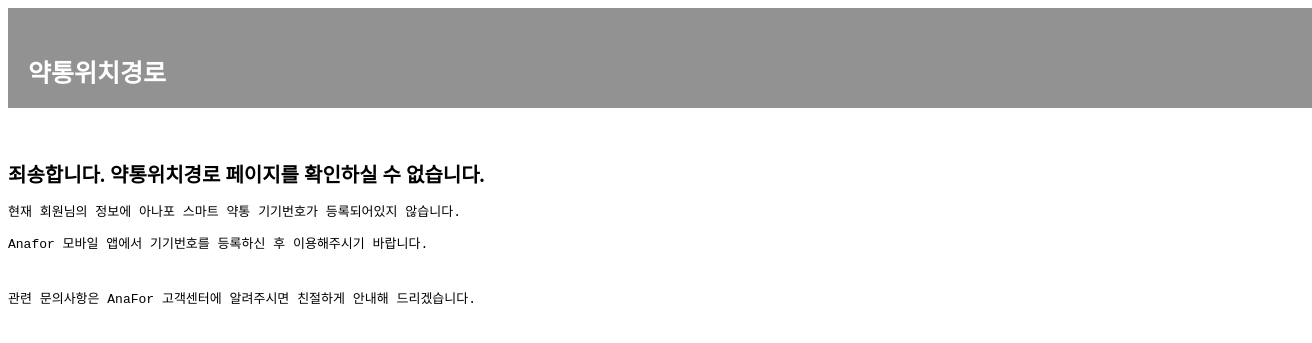
Repository: euzny/Spring-Website
Page: http://localhost/anafor/WEB-INF/views/my_info/notAccept.jsp
These files come from the project's save history. The page is drawn as it stood at one moment and after the next save; the edit follows.
The browser window is 1280 px wide. The page is 1312 px wide, so the pictures cover 1312 px, including what lies to the right of the window. The pictures show the whole page.
The page is served by Tomcat 9. Nobody is signed in. Other server files are loaded and not shown. The template is opened directly, without the code that normally fills it, so the values that code supplies are empty.

Above is the page before, as saved 2022-06-23 02:30:20.

### Workspace/anafor/src/main/webapp/WEB-INF/views/my_info/notAccept.jsp
<%@ page language="java" contentType="text/html; charset=UTF-8"
    pageEncoding="UTF-8"%>
<!DOCTYPE html>
<html>
<head>
<meta charset="UTF-8">
<title>Insert title here</title>
<style>
 	#header {
	   width:100%;
	   height:60px;
	   padding: 20px;
	   background-color:#929292;
	   border-bottom: 1px solid white;
	}
	#header h3{
	   font-size: 25px;
	   font-weight: bold;
	   text-align: left;
	   color: white;
	}

	#notice{
		width : 100%;
		margin: 50px auto;
		text-align:left;
	}
	#notice h3{
	   font-size: 20px;
	   font-weight:600;
	   margin-bottom:10px;
	}
	#notice pre{
		margin-bottom:5px;
	}
   	</style>
</head>
<body>
<div id="header">
  	<h3>약통위치경로</h3>
</div>
<div id="notice">
	<h3>죄송합니다. 약통위치경로 페이지를 확인하실 수 없습니다.</h3>
		<pre>현재 회원님의 정보에 아나포 스마트 약통 기기번호가 등록되어있지 않습니다.</pre>
		<pre>Anafor 모바일 앱에서 기기번호를 등록하신 후 이용해주시기 바랍니다.</pre>
		<br>
		<pre>관련 문의사항은 AnaFor 고객센터에 알려주시면 친절하게 안내해 드리겠습니다.</pre>
</div>
</body>
</html>

After the next save:
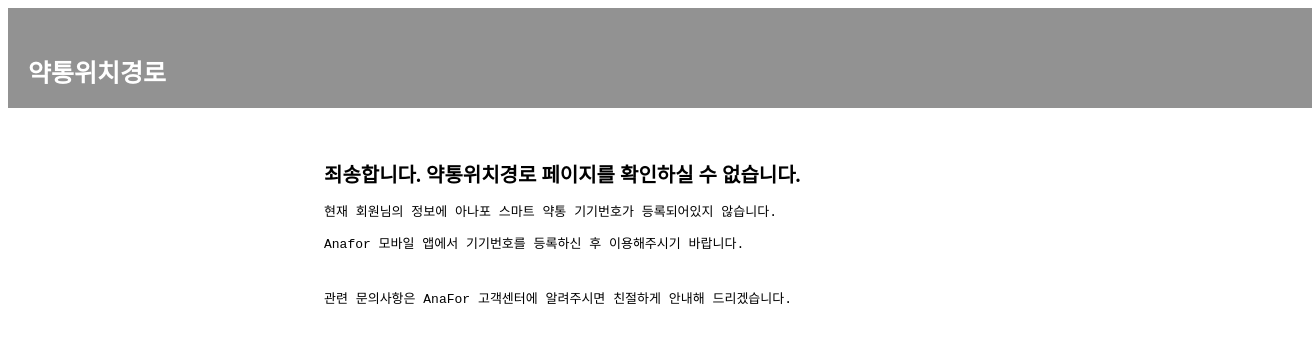
Saved 5 min 9 s later.
--- a/Workspace/anafor/src/main/webapp/WEB-INF/views/my_info/notAccept.jsp
+++ b/Workspace/anafor/src/main/webapp/WEB-INF/views/my_info/notAccept.jsp
@@ -21,7 +21,7 @@
 	}
 
 	#notice{
-		width : 100%;
+		width : 50%;
 		margin: 50px auto;
 		text-align:left;
 	}
